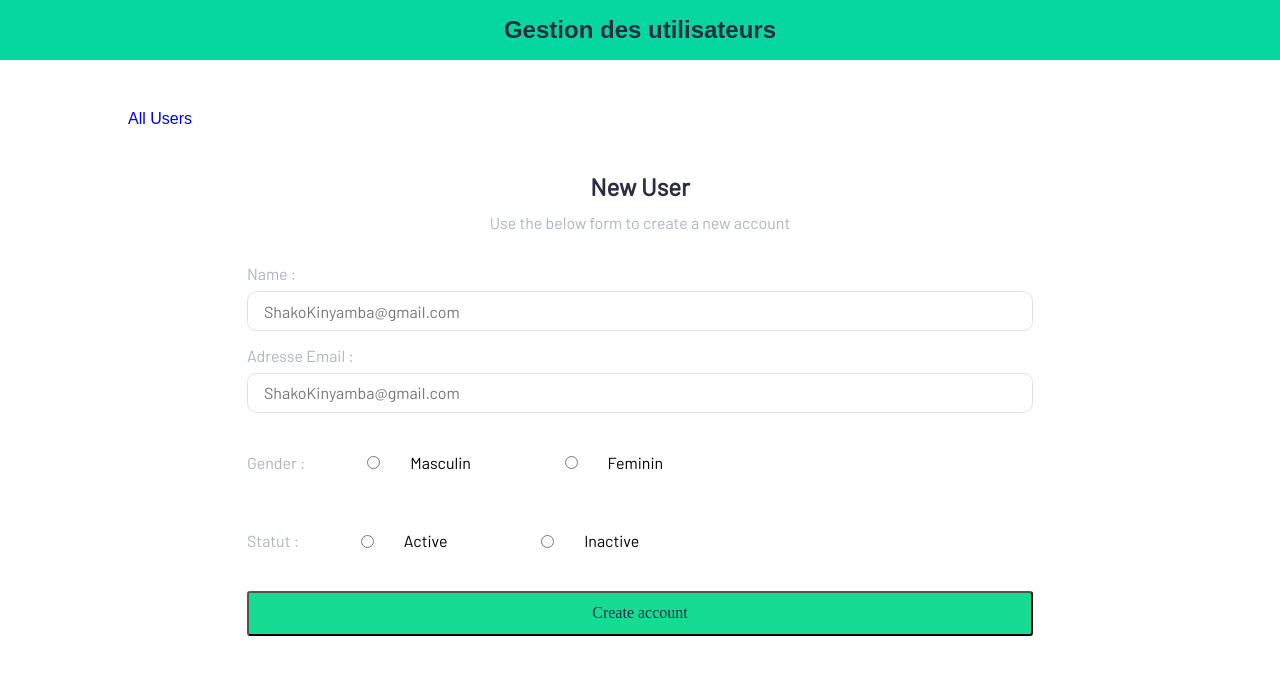
Repository: SKB-TECH/CrudMren
Page: add-user.html
An editor plug-in stored every save of this project. The page is shown before and after a run of saves, followed by the edit.
The browser window is 1280 px wide. The pictures show the whole page.
The pointer rests on the first visible `#update_user .form-group .btn`.
Some web fonts or font styles are not loaded; a fallback is used.

Above is the page before, as saved 2022-10-11 14:15:45.

### add-user.html
<!DOCTYPE html>
<html lang="en">

<head>
    <meta charset="UTF-8">
    <meta http-equiv="X-UA-Compatible" content="IE=edge">
    <meta name="viewport" content="width=device-width, initial-scale=1.0">
    <link rel="stylesheet" href="https://cdnjs.cloudflare.com/ajax/libs/font-awesome/6.2.0/css/all.min.css"
        integrity="sha512-xh6O/CkQoPOWDdYTDqeRdPCVd1SpvCA9XXcUnZS2FmJNp1coAFzvtCN9BmamE+4aHK8yyUHUSCcJHgXloTyT2A=="
        crossorigin="anonymous" referrerpolicy="no-referrer" />
    <link rel="stylesheet" href="./assets/css/style.css">
    <title>CRUD APPLICATION</title>
</head>

<body>
    <!-- Header -->
    <header id="header">
        <nav>
            <div class="container">
                <div class="text-center">
                    <a href="/" class="nav-brand text-dark">Gestion des utilisateurs</a>
                </div>
            </div>
        </nav>
    </header>
    <!-- /Header -->
    <!-- Main  -->
    <main id="site-main">
        <div class="container">
            <div class="box-nav d-flex-justify=between ">
                <div class="filteer">
                    <a href="/">All Users</a>
                </div>
            </div>

            <div class="form-title text-center">
                <h2 class="text-dark">New User</h2>
                <span class="text-light">Use the below form to create a new account</span>
            </div>

            <!-- Form handling -->
             <form action="" method="POST" id="update_user">
                <div class="new_user">
                    <!-- nom de l'utilisateur -->
                    <div class="form-group">
                        <label for="name" class="text-light">Name : </label>
                        <input type="hidden" name="id" value="">
                        <input type="text" name="name" placeholder="ShakoKinyamba@gmail.com">
                    </div>
                    <!-- adresse mail -->
                    <div class="form-group">
                        <label for="name" class="text-light">Adresse Email : </label>
                        <input type="text" name="email" placeholder="ShakoKinyamba@gmail.com">
                    </div>
                    <!-- Sexe de l'agent -->
                    <div class="form-group">
                        <label for="name" class="text-light">Gender : </label>
                        <div class="radio inline">
                            <input type="radio" name="gender" value="Masculin" class="radio">
                            <label for="gender" class="radio-label">Masculin</label>
                        </div>

                        <div class="radio inline">
                            <input type="radio" name="gender" value="Feminin" class="radio">
                            <label for="gender" class="radio-label">Feminin</label>
                        </div>
                    </div>

                    <!-- le statut -->
                    <div class="form-group">
                        <label for="name" class="text-light">Statut : </label>
                        <div class="radio inline">
                            <input type="radio" name="statut" value="Active" class="radio">
                            <label for="statut" class="radio-label">Active</label>
                        </div>

                        <div class="radio inline">
                            <input type="radio" name="statut" value="Inactive" class="radio">
                            <label for="statut" class="radio-label">Inactive</label>
                        </div>
                    </div>
                    <!-- fin Statut -->

                    <!-- Submit -->
                    <div class="form-group">
                        <button type="submit" class="btn text-dark update">Create account</button>
                    </div>
                </div>
             </form>
            <!-- /Form handling -->
        </div>
    </main>
    <!-- /Main -->
</body>

</html>

### assets/css/style.css
@import url('https://fonts.googleapis.com/css2?family=Barlow&family=PT+Sans&display=swap');

/* font-family: 'Barlow', sans-serif;
font-family: 'PT Sans', sans-serif; */

:root {
    --dark: #2b2d42;
    --light: #adb5bd;
    --border: #dee2e6;
    --border-btn: #edf2f4
}

* {
    padding: 0;
    margin: 0;
    box-sizing: border-box;
}

a {
    text-decoration: none;
    font-family: 'PT Sans', sans-serif;
}

.container {
    max-width: 1024px;
    margin: auto;
}

.nav-brand {
    font-size: 1.5em;
    font-weight: bold;
}

.d-flex {
    display: flex;
    flex-wrap: wrap;
}

.justify-between {
    justify-content: space-between;
}

.text-center {
    text-align: center;
}

.border-btn {
    border: 1px solid var(--border-btn);
    box-shadow: 1px 3px 10px #e9ecef;
}

.text-dark {
    color: var(--dark);
}

.inline {
    display: inline-block;
}

.text-light {
    color: var(--light)
}

#header nav {
    background-color: #06d6a0;
    padding: 1em 0;
    width: 100%;
}

#site-main {
    margin-top: 3em;
    font-family: 'Barlow', 'Sans-serif';
}

#site-main .container .box-nav>a {
    font-size: 1em;
    padding: 5em 1em;
}

#site-main .container form {
    margin: 2em 0;
}

table {
    border-spacing: 0px;
    width: 100%;
}

.table td,
.table th {
    padding: .75em;
    vertical-align: top;
    text-align: center;
    border-top: 1px solid var(--border);
}

.table td>a.btn {
    padding: 3em 1em;
    font-size: 1.1em;
    margin: 0.2em;
}

.table tr:hover {
    background-color: var(--border);
}

.table td:hover td>a {
    box-shadow: none;
}

.table .thead-dark th {
    color: #fff;
    background-color: var(--dark);
    border-color: #32383e;
}

.form-title {
    margin-top: 2em;
}

.form-title>h2 {
    padding: .5em 0;
}

.new_user {
    max-width: 786px;
    margin: auto;
}

#update_user .form-group,
#add_user .form-group {
    margin: .4em 0;
}

#update_user .form-group input[type="text"],
#add_user .form-group input[type="text"] {
    width: 100%;
    padding: .6em 1em;
    margin: .5em 0;
    border: 1px solid var(--border);
    font-size: 1em;
    font-family: 'Barlow', sans-serif;
    border-radius: .6em;
}

#update_user .form-group .radio,
#add_user .form-group .radio {
    margin: 1em 2em;
}

.radio input[text='radio']+.radio-label:before {
    content: "";
    background: var(--border-btn);
    border-radius: 100%;
    border: 1px solid var(--border);
    display: inline-block;
    width: 1em;
    height: 1em;
    position: relative;
    top: -0em;
    margin-right: .5em;
    vertical-align: top;
    cursor: pointer;
    text-align: center;
    -webkit-transform: all 250ms ease;
    transition: all 250ms ease;
}

.radio input[text='radio']:checked+.radio-label:before {
    background-color: #16db93;
    box-shadow: inset 0 0 0 4px #e9ecef;
}

.radio input[text='radio']:focus+.radio-label:before {
    outline: none;
    border-color: #16db93;
}

#update_user .form-group .btn,
#add_user .form-group .btn {
    width: 100%;
    padding: .7em 1em;
    background-color: #16db93;
    font-family: 'PT Sans', 'Sans serif';
    font-size: 1em;
    cursor: pointer;
    border-radius: .2em;
    margin: .5em 0;
}

#update_user .form-group .btn:hover,
#add_user .form-group .btn:hover{

}

After the next 13 saves:
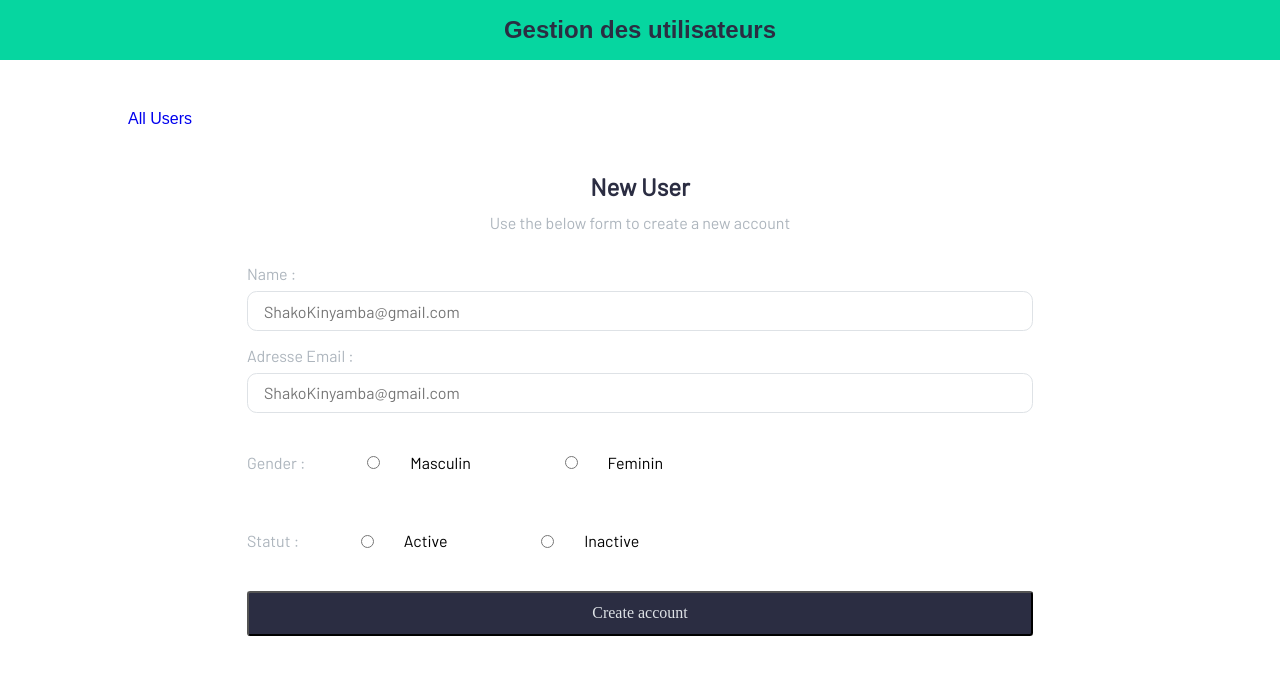
The 13 saves are shown as one change because they came seconds apart.
The last was saved 33 s later.
--- a/assets/css/style.css
+++ b/assets/css/style.css
@@ -189,6 +189,7 @@ table {
 }
 
 #update_user .form-group .btn:hover,
-#add_user .form-group .btn:hover{
-
+#add_user .form-group .btn:hover {
+    background-color: var(--dark);
+    color: var(--border)
 }
